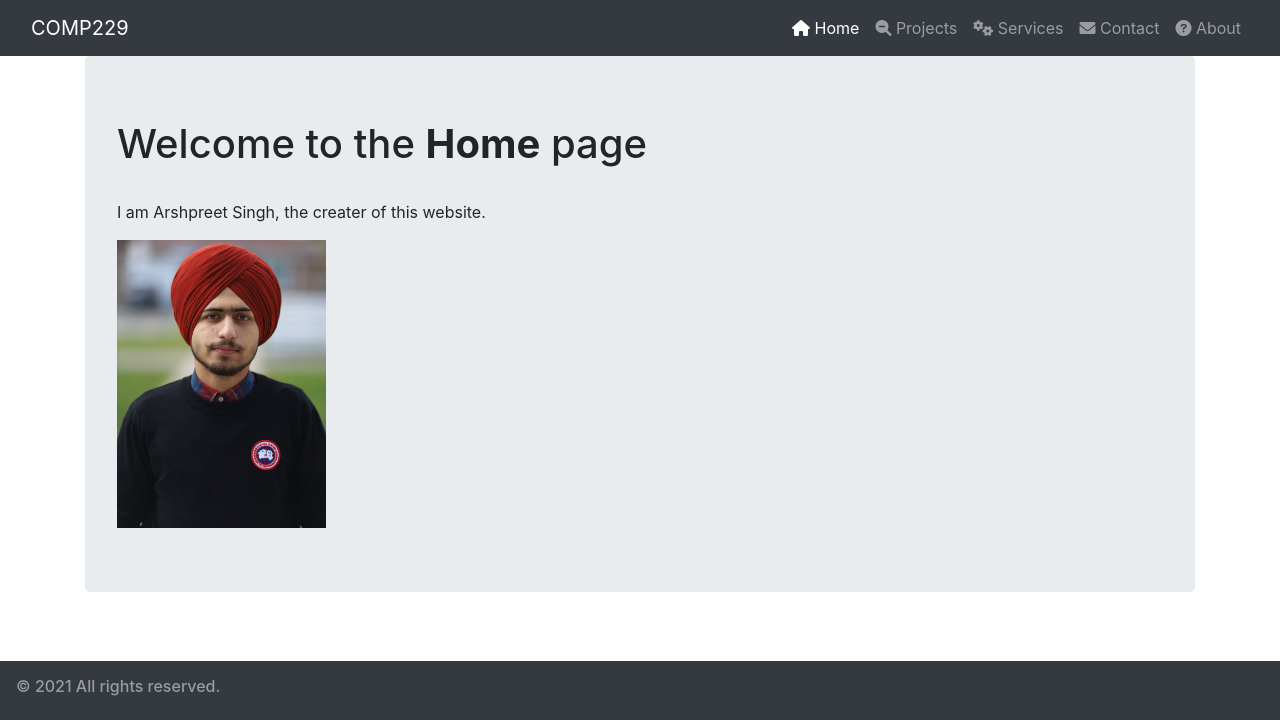
Repository: arsh16/week3_demo2
Page: http://localhost/
These files come from the project's save history. The page is drawn as it stood at one moment and after the next save; the edit follows.
The browser window is 1280 px wide. The pictures show the whole page.
Some web libraries are served in a nearby version. The page is served by the project's Node server (server.js).

Above is the page before, as saved 2021-09-30 17:44:06.

After the next save:
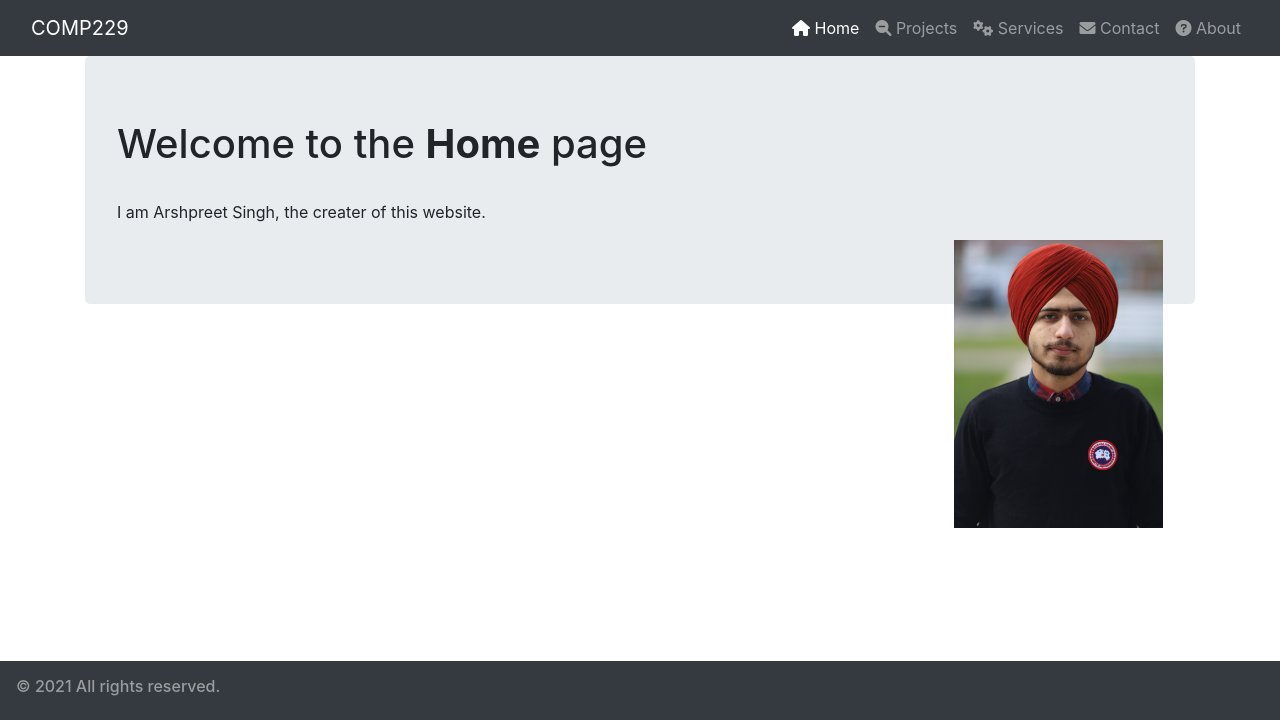
Saved 38 s later.
--- a/views/contents/home.ejs
+++ b/views/contents/home.ejs
@@ -1,3 +1,3 @@
 <br>
 <p>I am Arshpreet Singh, the creater of this website. </p>
-<img src="\Assets\images\arsh.jpg" width="20%" style="align-item: left">
+<img src="\Assets\images\arsh.jpg" width="20%" style="float: right;">

After the save that followed:
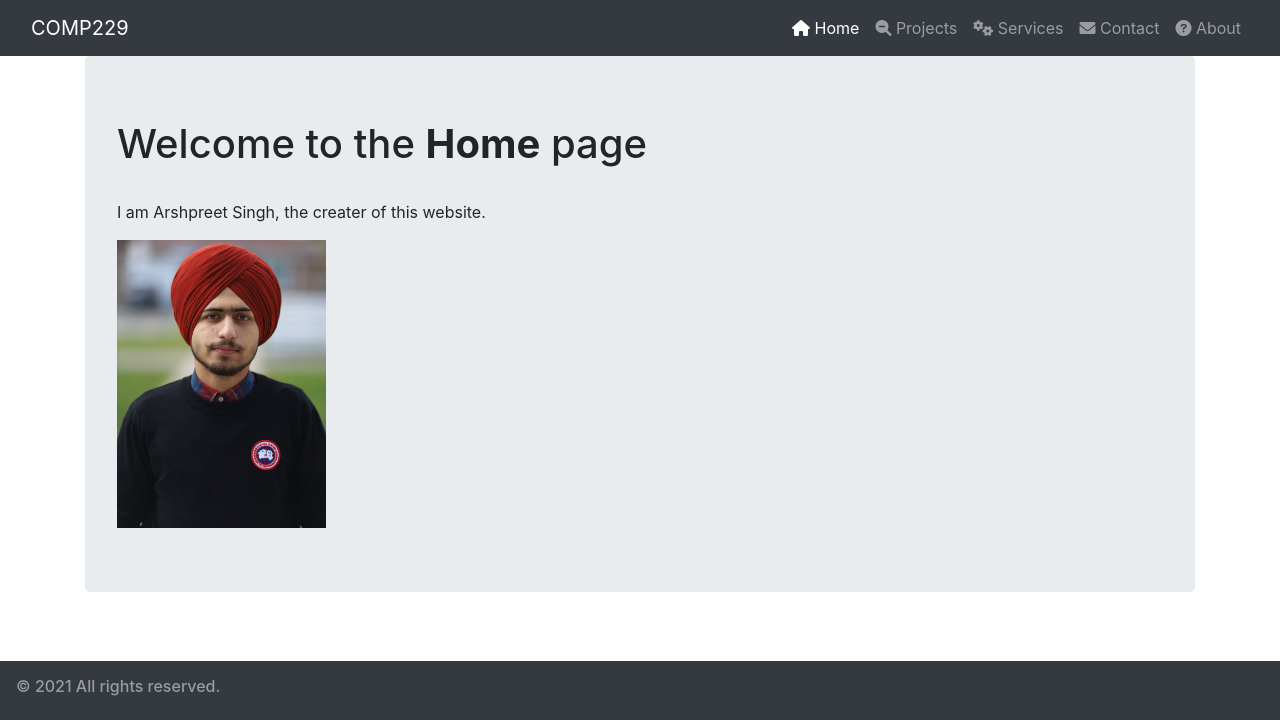
Saved 17 s later.
--- a/views/contents/home.ejs
+++ b/views/contents/home.ejs
@@ -1,3 +1,3 @@
 <br>
 <p>I am Arshpreet Singh, the creater of this website. </p>
-<img src="\Assets\images\arsh.jpg" width="20%" style="float: right;">
+<img src="\Assets\images\arsh.jpg" width="20%" style="align-items: right;">
